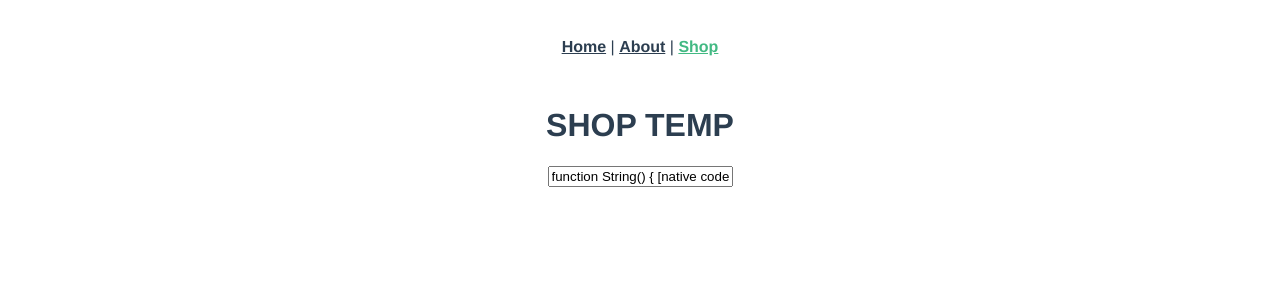
Repository: ramcd86/vuetest
Page: /#/shop
These files come from the project's save history. The page is drawn as it stood at one moment and after the next save; the edit follows.
The browser window is 1280 px wide. The pictures show the whole page.
The project was rebuilt for these pictures with package versions that can differ from the ones it lists, and the page was loaded fresh each time. Requests to the local data server were answered from the project's data file. Also part of the build but not shown: src/components/HelloWorld.vue, src/views/Home.vue.

Above is the page before, as saved 2019-07-08 10:16:00.

### public/index.html
<!DOCTYPE html>
<html lang="en">
  <head>
    <meta charset="utf-8">
    <meta http-equiv="X-UA-Compatible" content="IE=edge">
    <meta name="viewport" content="width=device-width,initial-scale=1.0">
    <link rel="icon" href="<%= BASE_URL %>favicon.ico">
    <title>storeapp</title>
  </head>
  <body>
    <noscript>
      <strong>We're sorry but storeapp doesn't work properly without JavaScript enabled. Please enable it to continue.</strong>
    </noscript>
    <div id="app"></div>
    <!-- built files will be auto injected -->
  </body>
</html>

### src/App.vue
<template>
  <div id="app">
    <div id="nav">
      <router-link to="/">Home</router-link> |
      <router-link to="/about">About</router-link> |
      <router-link :to="{ name: 'shop', params: { queryData } }">Shop</router-link>
    </div>
    <router-view />
  </div>
</template>


<script>
import { get, post } from "@/helpers/Utilities.js";

export default {


  data() {
    return {
      get: get,
      post: post,

      queryData: ''
    };
  },

  created() {
    this.get("http://localhost:3000/employees").then(resp => {
      this.queryData = JSON.parse(resp);
    });
  },

  methods: {},

  mounted() {
    console.log(this.queryData);
  }
};
</script>


<style lang="scss">
#app {
  font-family: "Avenir", Helvetica, Arial, sans-serif;
  -webkit-font-smoothing: antialiased;
  -moz-osx-font-smoothing: grayscale;
  text-align: center;
  color: #2c3e50;
}
#nav {
  padding: 30px;
  a {
    font-weight: bold;
    color: #2c3e50;
    &.router-link-exact-active {
      color: #42b983;
    }
  }
}
</style>

### src/router.js
import Vue from 'vue'
import Router from 'vue-router'
import Home from './views/Home.vue'
import Shop from './views/Shop.vue'

Vue.use(Router)

export default new Router({
  routes: [
    {
      path: '/',
      name: 'home',
      component: Home
    },
    {
      path: '/shop',
      name: 'shop',
      component: Shop,
      props: true
    },
    {
      path: '/about',
      name: 'about',
      // route level code-splitting
      // this generates a separate chunk (about.[hash].js) for this route
      // which is lazy-loaded when the route is visited.
      component: () => import(/* webpackChunkName: "about" */ './views/About.vue')
    }
  ]
})

### src/helpers/Utilities.js
export const logger = (arg) => {
    console.log(arg);
}


export const post = (value) => {
    return new Promise((resolve, reject) => {
        const request = new XMLHttpRequest();
        request.timeout = 2000;
        request.open('POST', value.url, true);
        request.setRequestHeader('Content-Type', 'application/x-www-form-urlencoded; charset=UTF-8');
        request.send(value.data);
        request.onreadystatechange = (e) => {
            if (request.readyState === 4) {
                if (request.status === 200) {
                    resolve(request.response);
                } else {
                    reject(request.status);
                }
            }
        };
        request.timeout = () => {
            reject("The operation timed out.");
        };
    });

}

export const get = (url) => {
    return new Promise((resolve, reject) => {
        const request = new XMLHttpRequest();
        request.timeout = 2000;
        request.onreadystatechange = function (e) {
            if (request.readyState === 4) {
                if (request.status === 200) {
                    resolve(request.response);
                } else {
                    reject(request.status);
                }
            }
        };
        request.ontimeout = function () {
            reject("The operation timed out.");
        };
        request.open('get', url, true);
        request.send();
    });
}

### src/views/Shop.vue

// Template
<template>
    <div>
    <h1>SHOP TEMP</h1>
            <div v-for="item in dataSet" v-bind:key="item.id">
                {{item.id}} | {{item.first_name}} {{item.last_name}} | {{item.email}}
            </div>
            <input type="text" placeholder="input" v-model="inputData">
    </div>
</template>

// Script
<script>
export default {
    name: 'shop',

    props: ['queryData'],

    data() {
        return {
            dataSet: [],
            inputData: String
            }
    },

    created() {
        this.dataSet = this.queryData;
    },

    mounted() {
        console.log(this.dataSet);
    },

    // watch: {
    //     inputData(val) {
    //         console.log(val)
    //     }
    // }
}
</script>

// Style
<style lang="scss" scoped>


</style>

### src/mock/db.json
{
  "employees": [
    {
      "id": 1,
      "first_name": "Sebastian",
      "last_name": "Eschweiler",
      "email": "sebastian@codingthesmartway.com"
    },
    {
      "id": 2,
      "first_name": "Steve",
      "last_name": "Palmer",
      "email": "steve@codingthesmartway.com"
    },
    {
      "id": 3,
      "first_name": "Ann",
      "last_name": "Smith",
      "email": "ann@codingthesmartway.com"
    }
  ]
}

Loaded but not shown: src/main.js (common file)

After the next save:
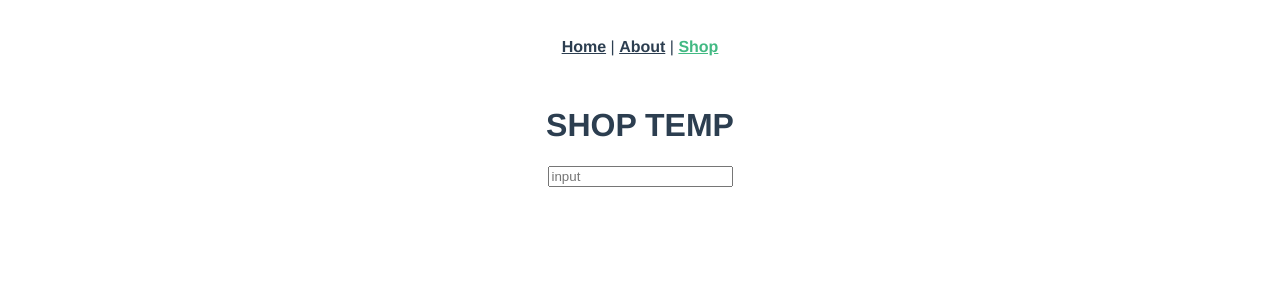
Saved 13 s later.
--- a/src/views/Shop.vue
+++ b/src/views/Shop.vue
@@ -19,8 +19,7 @@ export default {
 
     data() {
         return {
-            dataSet: [],
-            inputData: String
+            dataSet: []
             }
     },
 
